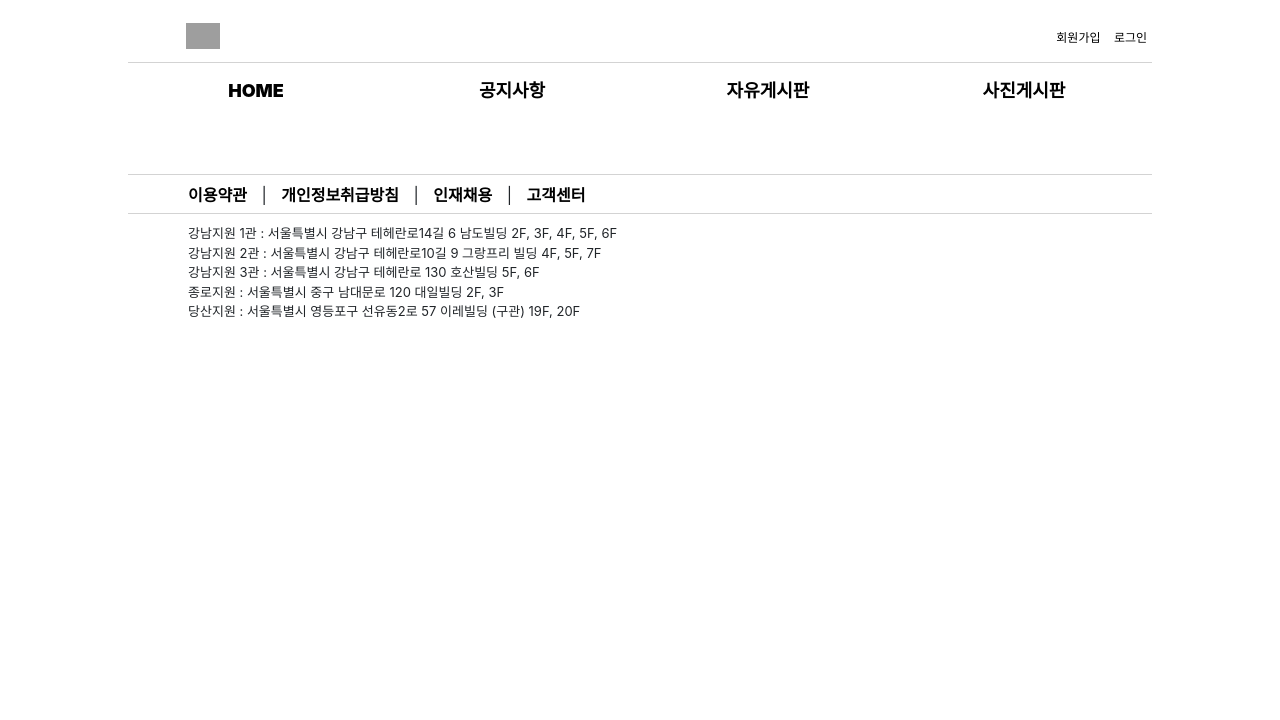
Repository: LLjay/8_SPRING_GIT
Page: http://localhost/spring/WEB-INF/views/main.jsp
The author's editor kept a copy of each file at every save. The page is drawn from the files as they stood at one save, then again after the next save.
The browser window is 1280 px wide. The pictures show the whole page.
Pictures or frames that could not be fetched are drawn as grey boxes. The page is served by Tomcat 9. Nobody is signed in. The template is opened directly, without the code that normally fills it, so the values that code supplies are empty.

Above is the page before, as saved 2024-04-16 05:34:32.

After the next save:
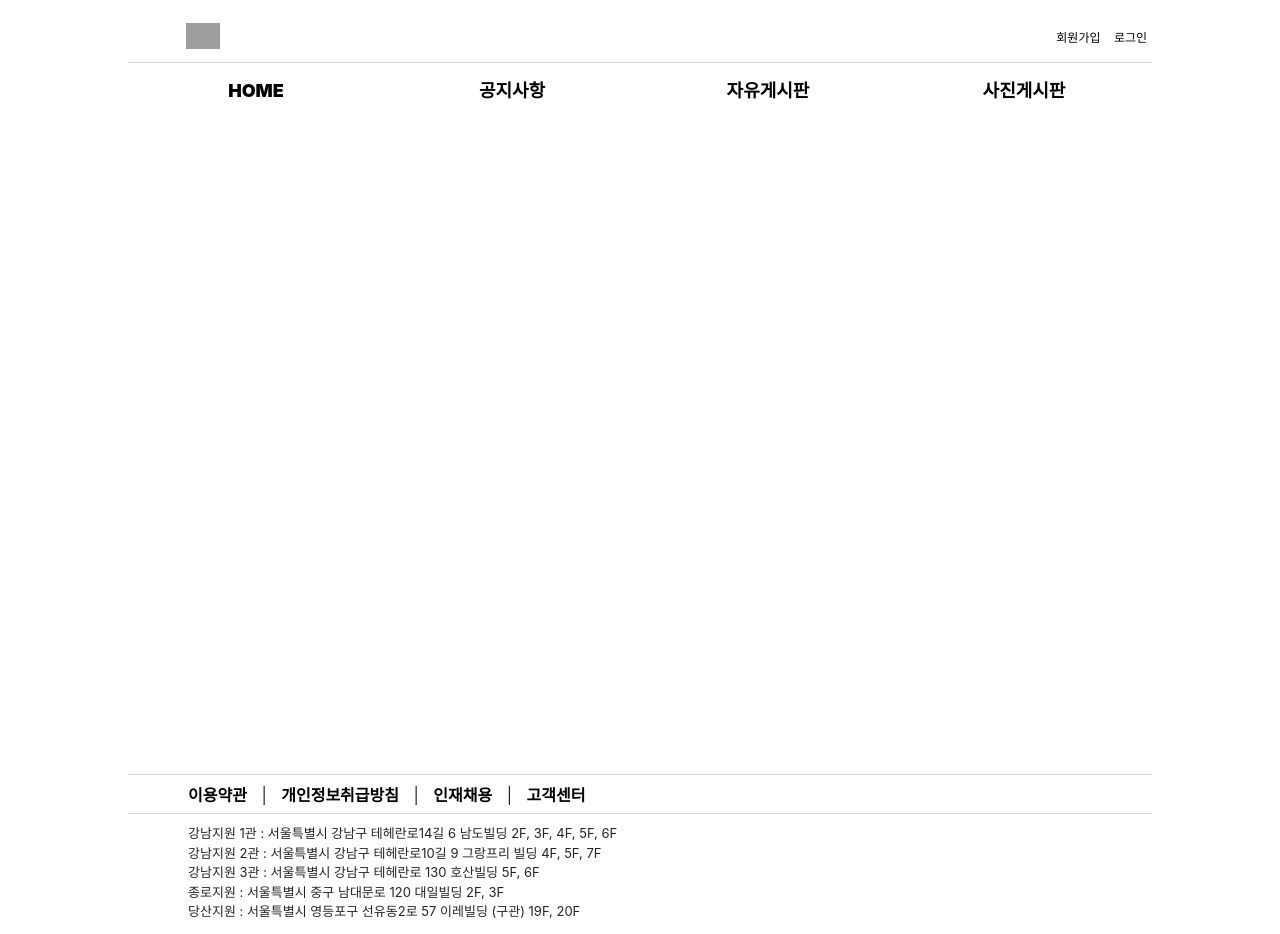
Saved 32 s later.
--- a/spring/src/main/webapp/WEB-INF/views/main.jsp
+++ b/spring/src/main/webapp/WEB-INF/views/main.jsp
@@ -8,7 +8,9 @@
 </head>
 <body>
 	<jsp:include page="common/header.jsp" />
+	<div style="height: 600px;">
+
+	</div>
 	<jsp:include page="common/footer.jsp" />
-
 </body>
 </html>
